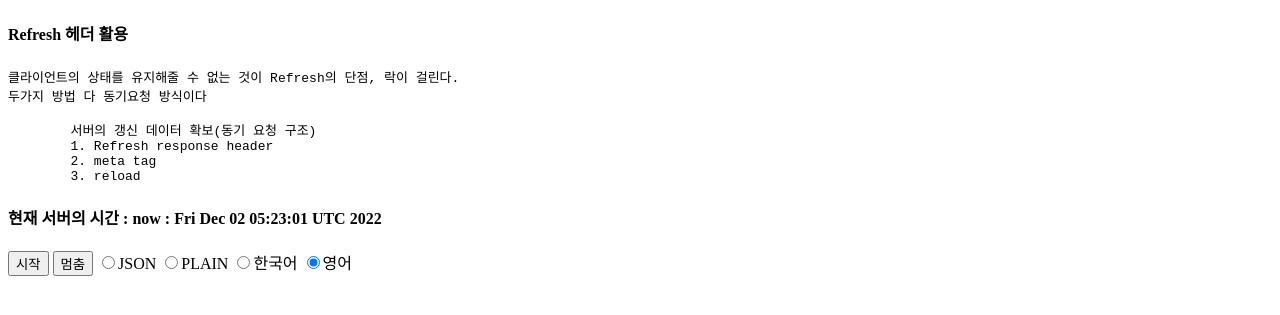
Repository: YOUNARAE/JSP
Page: http://localhost/WebStudy01/05/autoRequest.jsp
These files come from the project's save history. The page is drawn as it stood at one moment and after the next save; the edit follows.
The browser window is 1280 px wide. The pictures show the whole page.
The page is served by Tomcat 9. Other server files are loaded and not shown.

Above is the page before, as saved 2022-12-13 08:28:20.

### WebStudy01/src/main/webapp/05/autoRequest.jsp
<%@page import="java.util.Date"%>
<%@ page language="java" contentType="text/html; charset=UTF-8"
    pageEncoding="UTF-8"%>
<!DOCTYPE html>
<html>
<head>
<meta charset="UTF-8">
<!-- <meta http-equiv="Refresh" content="5;url=https://www.naver.com"> --> <!-- 클라이언트방식 -->
<title>05/autoRequest.jsp</title>
<script type="text/javascript" src="${pageContext.request.contextPath}/resources/jquery-3.6.1.min.js"></script>
</head>
<body>
<h4>Refresh 헤더 활용</h4>
<%--
	response.setIntHeader("Refresh", 1);
--%>
<pre>클라이언트의 상태를 유지해줄 수 없는 것이 Refresh의 단점, 락이 걸린다.
두가지 방법 다 동기요청 방식이다

	서버의 갱신 데이터 확보(동기 요청 구조)
	1. Refresh response header
	2. meta tag
	3. reload
</pre>
<h4>현재 서버의 시간 : <span id="timeArea"> </span></h4>
<button class="controlBtn" data-control-type="START">시작</button>
<button class="controlBtn" data-control-type="STOP">멈춤</button>
<input type="radio" name="dataType" data-data-type="json"/>JSON
<input type="radio" name="dataType" data-data-type="text"/>PLAIN
<input type="radio" name="locale" value="ko" checked/>한국어
<input type="radio" name="locale" value="en" checked/>영어
<script>
// 	setTimeout(() => {
// 		location.reload();
// 	}, 1000);
	let timeArea = $("#timeArea");
	let sendRequest = function(){
		$.ajax({
			url : "${pageContext.request.contextPath}/05/getServerTime",
			dataType : "json",
			success : function(resp) {
				timeArea.html(resp.now);
			},
			error : function(jqXHR, status, error) {
				console.log(jqXHR);
				console.log(status);
				console.log(error);
			}
		});
	}

	setInterval(sendRequest, 1000);
</script>
</body>
</html>

### WebStudy01/src/main/java/kr/or/ddit/servlet05/GetServerTimeControllerServlet.java
package kr.or.ddit.servlet05;

import java.io.IOException;
import java.util.Date;
import java.util.Locale;

import javax.servlet.ServletException;
import javax.servlet.annotation.WebServlet;
import javax.servlet.http.HttpServlet;
import javax.servlet.http.HttpServletRequest;
import javax.servlet.http.HttpServletResponse;

@WebServlet("/05/getServerTime")
public class GetServerTimeControllerServlet extends HttpServlet{
	@Override
	protected void doGet(HttpServletRequest req, HttpServletResponse resp) throws ServletException, IOException {
		//2모델확보
		Date now = new Date();
		String nowStr = String.format(Locale.CANADA, "now : %tc",now);
		req.setAttribute("now", nowStr);//toString()
		resp.setHeader("Refresh", "1");
		String viewName = "/jsonView.do";
		req.getRequestDispatcher(viewName).forward(req,resp);
	}
}

Loaded but not shown: WebStudy01/src/main/webapp/resources/jquery-3.6.1.min.js (library)

After the next save:
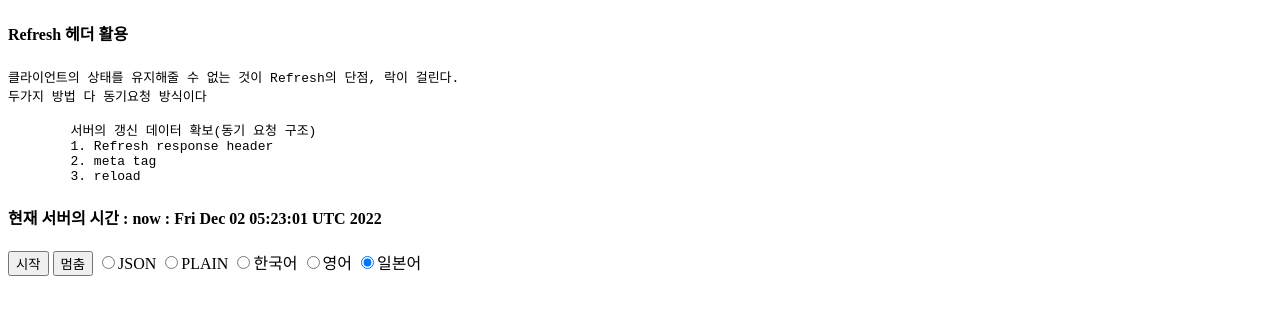
Saved 14 s later.
--- a/WebStudy01/src/main/webapp/05/autoRequest.jsp
+++ b/WebStudy01/src/main/webapp/05/autoRequest.jsp
@@ -29,6 +29,7 @@
 <input type="radio" name="dataType" data-data-type="text"/>PLAIN
 <input type="radio" name="locale" value="ko" checked/>한국어
 <input type="radio" name="locale" value="en" checked/>영어
+<input type="radio" name="locale" value="jp" checked/>일본어
 <script>
 // 	setTimeout(() => {
 // 		location.reload();
